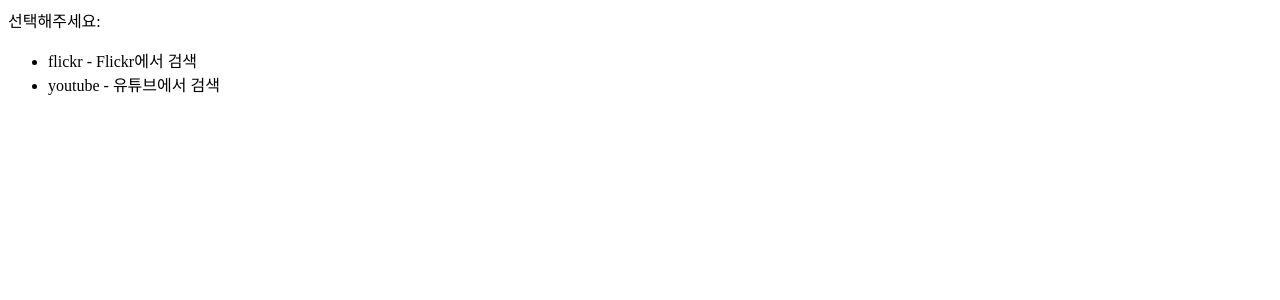
Repository: jjanggu1990/kh_java
Page: http://localhost/JSP_EX/day0331/use_import_tag.jsp
An editor plug-in stored every save of this project. The page is shown before and after the next save, followed by the edit.
The browser window is 1280 px wide. The pictures show the whole page.
The page is served by Tomcat 9. Other server files are loaded and not shown.

Above is the page before, as saved 2016-03-31 07:51:17.

### workspace/JSP_EX/WebContent/day0331/use_import_tag.jsp
<%@ page contentType = "text/html; charset=utf-8" %>
<%@ taglib prefix="c" uri="http://java.sun.com/jsp/jstl/core" %>
<% request.setCharacterEncoding("utf-8"); %>
<c:choose>
	<c:when test="${param.type == '1'}">
		<c:import url="http://search.daum.net/search">
			<c:param name="w" value="blog" />
			<c:param name="q" value="보라매공원" />
		</c:import>
	</c:when>
	<c:when test="${param.type == '2'}">
		<c:import url="http://search.daum.net/search">
			<c:param name="w" value="cafe"/>
			<c:param name="enc" value="utf-8"/>
			<c:param name="nil_search" value="btn"/>
			<c:param name = "DA" value ="NTB"/>
			<c:param name="q" value="보라매 공원" />
		</c:import>
	</c:when>
	<c:otherwise>
		<c:import url="use_import_tag_help.jsp">
			<c:param name="message" value="선택해주세요" />
		</c:import>
	</c:otherwise>
</c:choose>

### workspace/JSP_EX/WebContent/day0331/use_import_tag_help.jsp
<%@ page contentType = "text/html; charset=utf-8" %>
<%@ taglib prefix="c" uri="http://java.sun.com/jsp/jstl/core" %>
<html>
<head><title>도움</title></head>
<body>
${param.message}:
<ul>
	<li>flickr - Flickr에서 검색</li>
	<li>youtube - 유튜브에서 검색</li>
</ul>
</body>
</html>

After the next save:
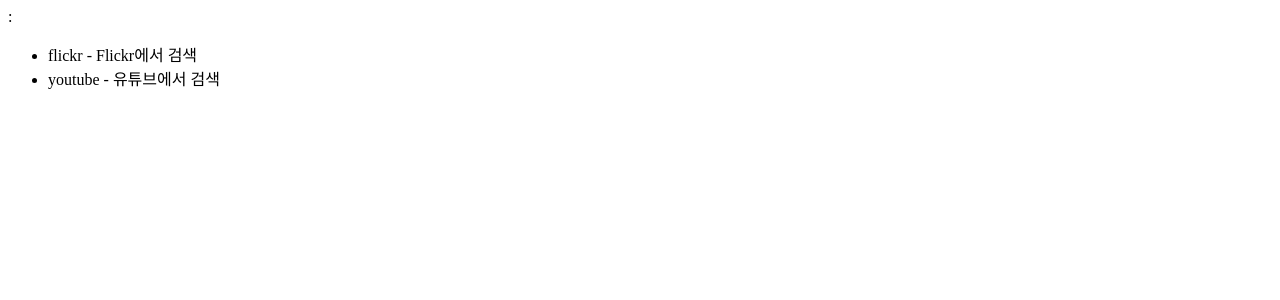
Saved 10 min 33 s later.
--- a/workspace/JSP_EX/WebContent/day0331/use_import_tag.jsp
+++ b/workspace/JSP_EX/WebContent/day0331/use_import_tag.jsp
@@ -19,7 +19,7 @@
 	</c:when>
 	<c:otherwise>
 		<c:import url="use_import_tag_help.jsp">
-			<c:param name="message" value="선택해주세요" />
+			<%-- <c:param name="message" value="선택해주세요" /> --%>
 		</c:import>
 	</c:otherwise>
 </c:choose>
